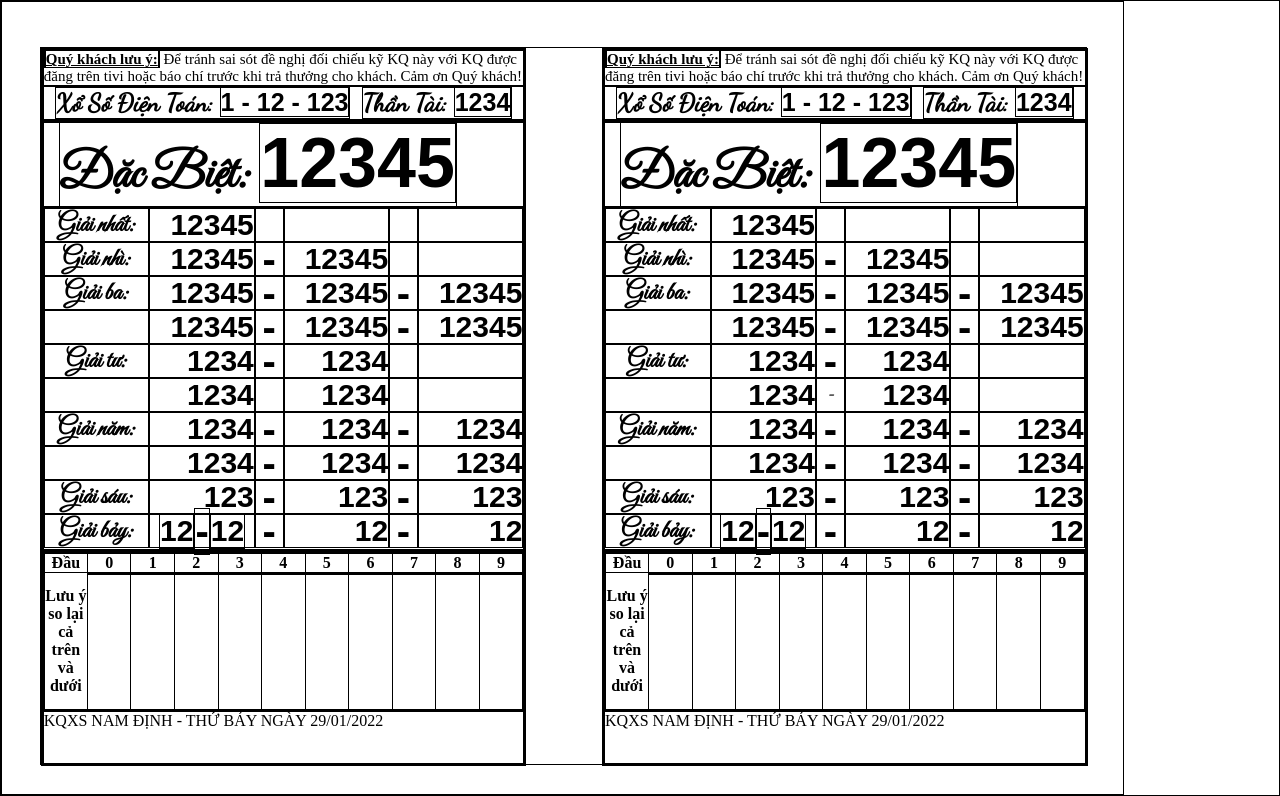
Repository: AnhDuc0125/xskt123
Page: index.html
These files come from the project's save history. The page is drawn as it stood at one moment and after the next save; the edit follows.
The browser window is 1280 px wide. The pictures show the whole page.
The page's requests for data from a server got no answer. Some web fonts or font styles are not loaded; a fallback is used.

Above is the page before, as saved 2022-01-29 18:20:33.

### index.html
<!DOCTYPE html>
<html lang="en">
  <head>
    <meta charset="UTF-8" />
    <meta http-equiv="X-UA-Compatible" content="IE=edge" />
    <meta name="viewport" content="width=device-width, initial-scale=1.0" />
    <link rel="stylesheet" href="style.css" />
    <title>Document</title>
  </head>
  <body>
    <div class="boxed__container">
      <div class="boxed--1">
        <div class="header">
          <div class="header--1">
            <b><u>Quý khách lưu ý:</u></b> Để tránh sai sót đề nghị đối chiếu kỹ
            KQ này với KQ được đăng trên tivi hoặc báo chí trước khi trả thưởng
            cho khách. Cảm ơn Quý khách!
          </div>
          <div class="header--2">
            <div class="dienToan">
              Xổ Số Điện Toán:
              <span id="data__dienToan--1">1 - 12 - 123</span>
            </div>
            <div class="thanTai">
              Thần Tài: <span id="data__thanTai--1">1234</span>
            </div>
          </div>
        </div>

        <div class="body">
          <div class="body--1">
            <div class="dacBiet">
              Đặc Biệt:
              <span id="data__dacBiet">12345</span>
            </div>
          </div>
          <div class="body--2">
            <!-- row1 -->
            <div class="body__item body__name">Giải nhất:</div>
            <div class="body__item data__body--1">12345</div>
            <div class="body__item"></div>
            <div class="body__item"></div>
            <div class="body__item"></div>
            <div class="body__item"></div>
            <!-- row2 -->
            <div class="body__item body__name">Giải nhì:</div>
            <div class="body__item data__body--1">12345</div>
            <div class="body__item space">-</div>
            <div class="body__item data__body--1">12345</div>
            <div class="body__item"></div>
            <div class="body__item"></div>
            <!-- row3 -->
            <div class="body__item body__name">Giải ba:</div>
            <div class="body__item data__body--1">12345</div>
            <div class="body__item space">-</div>
            <div class="body__item data__body--1">12345</div>
            <div class="body__item space">-</div>
            <div class="body__item data__body--1">12345</div>
            <!-- row4 -->
            <div class="body__item"></div>
            <div class="body__item data__body--1">12345</div>
            <div class="body__item space">-</div>
            <div class="body__item data__body--1">12345</div>
            <div class="body__item space">-</div>
            <div class="body__item data__body--1">12345</div>
            <!-- row5 -->
            <div class="body__item body__name">Giải tư:</div>
            <div class="body__item data__body--1">1234</div>
            <div class="body__item space">-</div>
            <div class="body__item data__body--1">1234</div>
            <div class="body__item"></div>
            <div class="body__item"></div>
            <!-- row6 -->
            <div class="body__item"></div>
            <div class="body__item data__body--1">1234</div>
            <div class="body__item"></div>
            <div class="body__item data__body--1">1234</div>
            <div class="body__item"></div>
            <div class="body__item"></div>
            <!-- row7 -->
            <div class="body__item body__name">Giải năm:</div>
            <div class="body__item data__body--1">1234</div>
            <div class="body__item space">-</div>
            <div class="body__item data__body--1">1234</div>
            <div class="body__item space">-</div>
            <div class="body__item data__body--1">1234</div>
            <!-- row8 -->
            <div class="body__item"></div>
            <div class="body__item data__body--1">1234</div>
            <div class="body__item space">-</div>
            <div class="body__item data__body--1">1234</div>
            <div class="body__item space">-</div>
            <div class="body__item data__body--1">1234</div>
            <!-- row9 -->
            <div class="body__item body__name">Giải sáu:</div>
            <div class="body__item data__body--1">123</div>
            <div class="body__item space">-</div>
            <div class="body__item data__body--1">123</div>
            <div class="body__item space">-</div>
            <div class="body__item data__body--1">123</div>
            <!-- row10 -->
            <div class="body__item body__name">Giải bảy:</div>
            <div class="body__item">
              <span class="data__body--1">12</span>
              <span class="space">-</span>
              <span class="data__body--1">12</span>
            </div>
            <div class="body__item space">-</div>
            <div class="body__item data__body--1">12</div>
            <div class="body__item space">-</div>
            <div class="body__item data__body--1">12</div>
          </div>
        </div>

        <div class="footer">
          <div class="footer--1">
            <table>
              <thead>
                <tr>
                  <th class="title__table">Đầu</th>
                  <th class="cols__title">0</th>
                  <th class="cols__title">1</th>
                  <th class="cols__title">2</th>
                  <th class="cols__title">3</th>
                  <th class="cols__title">4</th>
                  <th class="cols__title">5</th>
                  <th class="cols__title">6</th>
                  <th class="cols__title">7</th>
                  <th class="cols__title">8</th>
                  <th class="cols__title">9</th>
                </tr>
              </thead>
              <tbody>
                <tr>
                  <th>Lưu ý so lại cả trên và dưới</th>
                  <th class="cols">
                    <ul id="data__0--1"></ul>
                  </th>
                  <th class="cols">
                    <ul id="data__1--1"></ul>
                  </th>
                  <th class="cols">
                    <ul id="data__2--1"></ul>
                  </th>
                  <th class="cols">
                    <ul id="data__3--1"></ul>
                  </th>
                  <th class="cols">
                    <ul id="data__4--1"></ul>
                  </th>
                  <th class="cols">
                    <ul id="data__5--1"></ul>
                  </th>
                  <th class="cols">
                    <ul id="data__6--1"></ul>
                  </th>
                  <th class="cols">
                    <ul id="data__7--1"></ul>
                  </th>
                  <th class="cols">
                    <ul id="data__8--1"></ul>
                  </th>
                  <th class="cols">
                    <ul id="data__9--1"></ul>
                  </th>
                </tr>
              </tbody>
            </table>
          </div>
          <div class="footer--2" id="data__footer--1"></div>
        </div>
      </div>
      <div class="boxed--2">
        <div class="header">
          <div class="header--1">
            <b><u>Quý khách lưu ý:</u></b> Để tránh sai sót đề nghị đối chiếu kỹ
            KQ này với KQ được đăng trên tivi hoặc báo chí trước khi trả thưởng
            cho khách. Cảm ơn Quý khách!
          </div>
          <div class="header--2">
            <div class="dienToan">
              Xổ Số Điện Toán:
              <span id="data__dienToan--2">1 - 12 - 123</span>
            </div>
            <div class="thanTai">
              Thần Tài: <span id="data__thanTai--2">1234</span>
            </div>
          </div>
        </div>

        <div class="body">
          <div class="body--1">
            <div class="dacBiet">
              Đặc Biệt:
              <span id="data__dacBiet">12345</span>
            </div>
          </div>
          <div class="body--2">
            <!-- row1 -->
            <div class="body__item body__name">Giải nhất:</div>
            <div class="body__item data__body--2">12345</div>
            <div class="body__item"></div>
            <div class="body__item"></div>
            <div class="body__item"></div>
            <div class="body__item"></div>
            <!-- row2 -->
            <div class="body__item body__name">Giải nhì:</div>
            <div class="body__item data__body--2">12345</div>
            <div class="body__item space">-</div>
            <div class="body__item data__body--2">12345</div>
            <div class="body__item"></div>
            <div class="body__item"></div>
            <!-- row3 -->
            <div class="body__item body__name">Giải ba:</div>
            <div class="body__item data__body--2">12345</div>
            <div class="body__item space">-</div>
            <div class="body__item data__body--2">12345</div>
            <div class="body__item space">-</div>
            <div class="body__item data__body--2">12345</div>
            <!-- row4 -->
            <div class="body__item"></div>
            <div class="body__item data__body--2">12345</div>
            <div class="body__item space">-</div>
            <div class="body__item data__body--2">12345</div>
            <div class="body__item space">-</div>
            <div class="body__item data__body--2">12345</div>
            <!-- row5 -->
            <div class="body__item body__name">Giải tư:</div>
            <div class="body__item data__body--2">1234</div>
            <div class="body__item space">-</div>
            <div class="body__item data__body--2">1234</div>
            <div class="body__item"></div>
            <div class="body__item"></div>
            <!-- row6 -->
            <div class="body__item"></div>
            <div class="body__item data__body--2">1234</div>
            <div class="body__item">-</div>
            <div class="body__item data__body--2">1234</div>
            <div class="body__item"></div>
            <div class="body__item"></div>
            <!-- row7 -->
            <div class="body__item body__name">Giải năm:</div>
            <div class="body__item data__body--2">1234</div>
            <div class="body__item space">-</div>
            <div class="body__item data__body--2">1234</div>
            <div class="body__item space">-</div>
            <div class="body__item data__body--2">1234</div>
            <!-- row8 -->
            <div class="body__item"></div>
            <div class="body__item data__body--2">1234</div>
            <div class="body__item space">-</div>
            <div class="body__item data__body--2">1234</div>
            <div class="body__item space">-</div>
            <div class="body__item data__body--2">1234</div>
            <!-- row9 -->
            <div class="body__item body__name">Giải sáu:</div>
            <div class="body__item data__body--2">123</div>
            <div class="body__item space">-</div>
            <div class="body__item data__body--2">123</div>
            <div class="body__item space">-</div>
            <div class="body__item data__body--2">123</div>
            <!-- row10 -->
            <div class="body__item body__name">Giải bảy:</div>
            <div class="body__item">
              <span class="data__body--2">12</span>
              <span class="space">-</span>
              <span class="data__body--2">12</span>
            </div>
            <div class="body__item space">-</div>
            <div class="body__item data__body--2">12</div>
            <div class="body__item space">-</div>
            <div class="body__item data__body--2">12</div>
          </div>
        </div>

        <div class="footer">
          <div class="footer--1">
            <table>
              <thead>
                <tr>
                  <th class="title__table">Đầu</th>
                  <th class="cols__title">0</th>
                  <th class="cols__title">1</th>
                  <th class="cols__title">2</th>
                  <th class="cols__title">3</th>
                  <th class="cols__title">4</th>
                  <th class="cols__title">5</th>
                  <th class="cols__title">6</th>
                  <th class="cols__title">7</th>
                  <th class="cols__title">8</th>
                  <th class="cols__title">9</th>
                </tr>
              </thead>
              <tbody>
                <tr>
                  <th>Lưu ý so lại cả trên và dưới</th>
                  <th class="cols">
                    <ul id="data__0--2"></ul>
                  </th>
                  <th class="cols">
                    <ul id="data__1--2"></ul>
                  </th>
                  <th class="cols">
                    <ul id="data__2--2"></ul>
                  </th>
                  <th class="cols">
                    <ul id="data__3--2"></ul>
                  </th>
                  <th class="cols">
                    <ul id="data__4--2"></ul>
                  </th>
                  <th class="cols">
                    <ul id="data__5--2"></ul>
                  </th>
                  <th class="cols">
                    <ul id="data__6--2"></ul>
                  </th>
                  <th class="cols">
                    <ul id="data__7--2"></ul>
                  </th>
                  <th class="cols">
                    <ul id="data__8--2"></ul>
                  </th>
                  <th class="cols">
                    <ul id="data__9--2"></ul>
                  </th>
                </tr>
              </tbody>
            </table>
          </div>
          <div class="footer--2" id="data__footer--2"></div>
        </div>
      </div>
    </div>
  </body>
  <script src="app.js"></script>
</html>

### style.css
@import url("https://fonts.googleapis.com/css2?family=Great+Vibes&display=swap");
@import url("https://fonts.googleapis.com/css2?family=Dancing+Script&display=swap");
@import url("https://fonts.googleapis.com/css2?family=Andada+Pro:ital,wght@1,800&display=swap");

* {
  margin: 0;
  padding: 0;
  box-sizing: border-box;
  border: 1px solid black;
}

body {
  width: 29.7cm;
  height: 21cm;
}

.boxed__container {
  width: 27.7cm;
  height: 19cm;
  margin: 1.2cm 1cm 0.8cm;
  display: grid;
  grid-template-columns: 12.85cm 12.85cm;
  grid-template-rows: 19cm;
  column-gap: 2cm;
}

.boxed--1,
.boxed--2 {
  width: 12.85cm;
  height: 19cm;
}

/* header css*/
.header {
  width: 100%;
  height: 10%;
}

.header--1 {
  font-size: 15px;
}

.header--2 {
  font-family: "Dancing Script", cursive;
  font-weight: bold;
  font-size: 25px;
  display: flex;
  justify-content: space-evenly;
}

/* data css */
#data__dienToan--1,
#data__thanTai--1,
#data__dienToan--2,
#data__thanTai--2,
#data__dacBiet,
.data__body--1,
.data__body--2 {
  font-family: arial;
}

#data__dacBiet {
  font-size: 70px;
}

.space {
  font-family: Arial, Helvetica, sans-serif;
  font-size: 40px;
}

.data__body--1,
.data__body--2 {
  font-size: 30px;
}

/* body css*/
.body {
  width: 100%;
  height: 60%;
  font-family: "Great Vibes", cursive;
  font-weight: bold;
}

.body--1 {
  width: 100%;
  height: 20%;
  display: flex;
  align-items: center;
}

.body--1 .dacBiet {
  font-size: 50px;
  margin-left: 15px;
}

.body--2 {
  width: 100%;
  height: 80%;
  display: grid;
  grid-template-columns: 22% 22% 6% 22% 6% 22%;
  grid-template-rows: 10% 10% 10% 10% 10% 10% 10% 10% 10% 10%;
}

.body--2 .body__item {
  display: flex;
  justify-content: center;
  align-items: center;
}

.body--2 .body__item.body__name {
  font-size: 25px;
}

.body--2 .body__item.data__body--1,
.body--2 .body__item.data__body--2 {
  justify-content: right;
}

.footer {
  width: 100%;
  height: 30%;
}

.footer--1 {
  width: 100%;
  height: 75%;
}

.footer table {
  width: 100%;
  height: 100%;
  border-collapse: collapse;
}

th.cols__title {
  width: 46.19px;
}

th.cols {
  vertical-align: top;
}

ul {
  list-style-type: none;
}

.title__table {
  width: 9%;
}

.footer--2 {
  width: 100%;
  height: 25%;
}

Loaded but not shown: app.js (233 lines, source omitted)

After the next save:
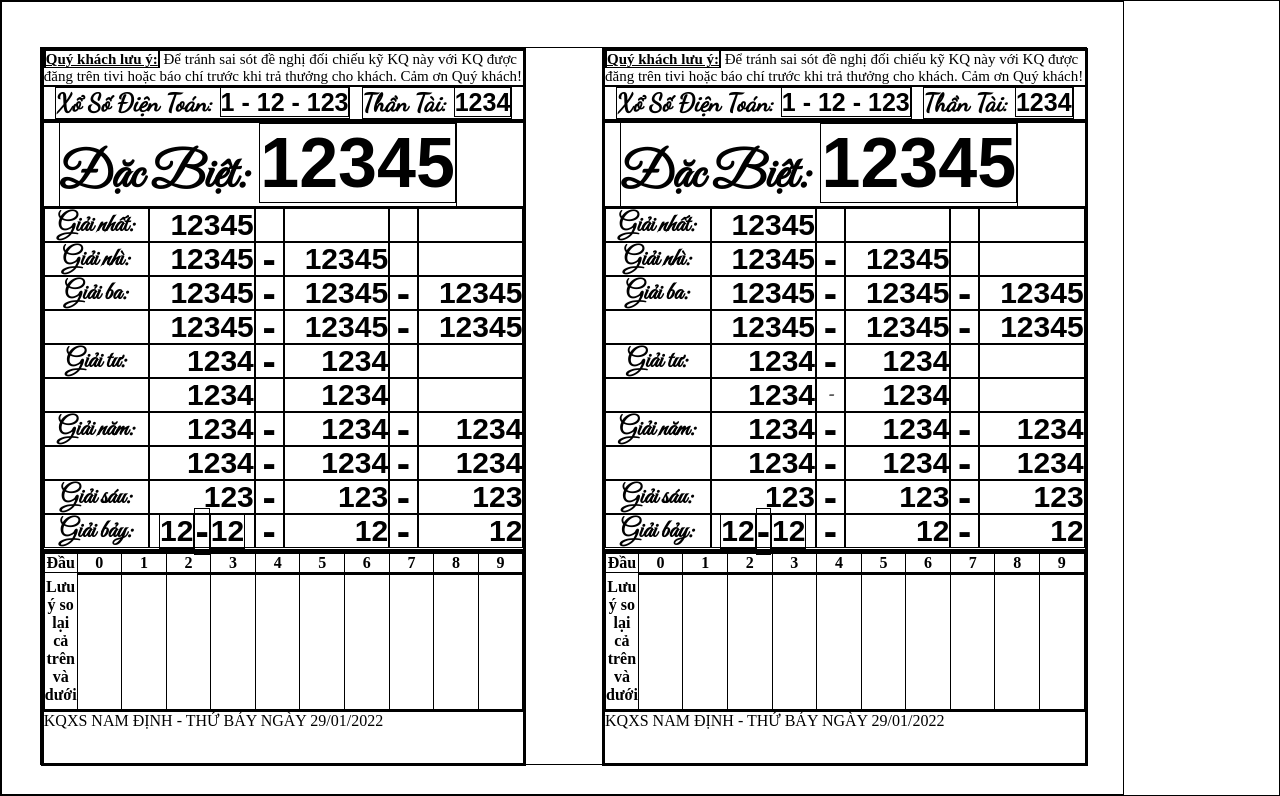
Saved 41 s later.
--- a/style.css
+++ b/style.css
@@ -145,7 +145,7 @@
 }
 
 .title__table {
-  width: 9%;
+  width: auto;
 }
 
 .footer--2 {

After the 2 saves that followed:
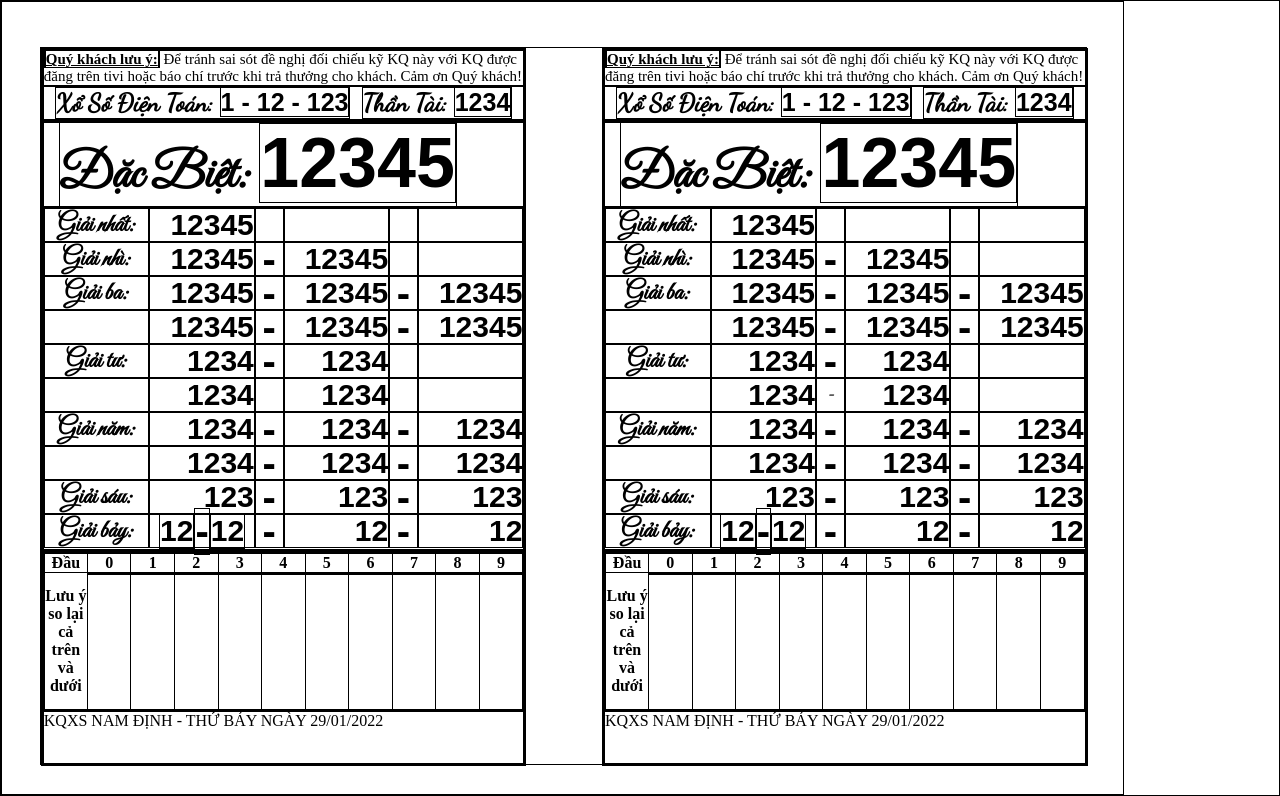
The 2 saves are shown as one change because 1 left the picture as it was.
The last was saved 68 s later.
--- a/style.css
+++ b/style.css
@@ -145,7 +145,7 @@
 }
 
 .title__table {
-  width: auto;
+  width: 9%;
 }
 
 .footer--2 {
